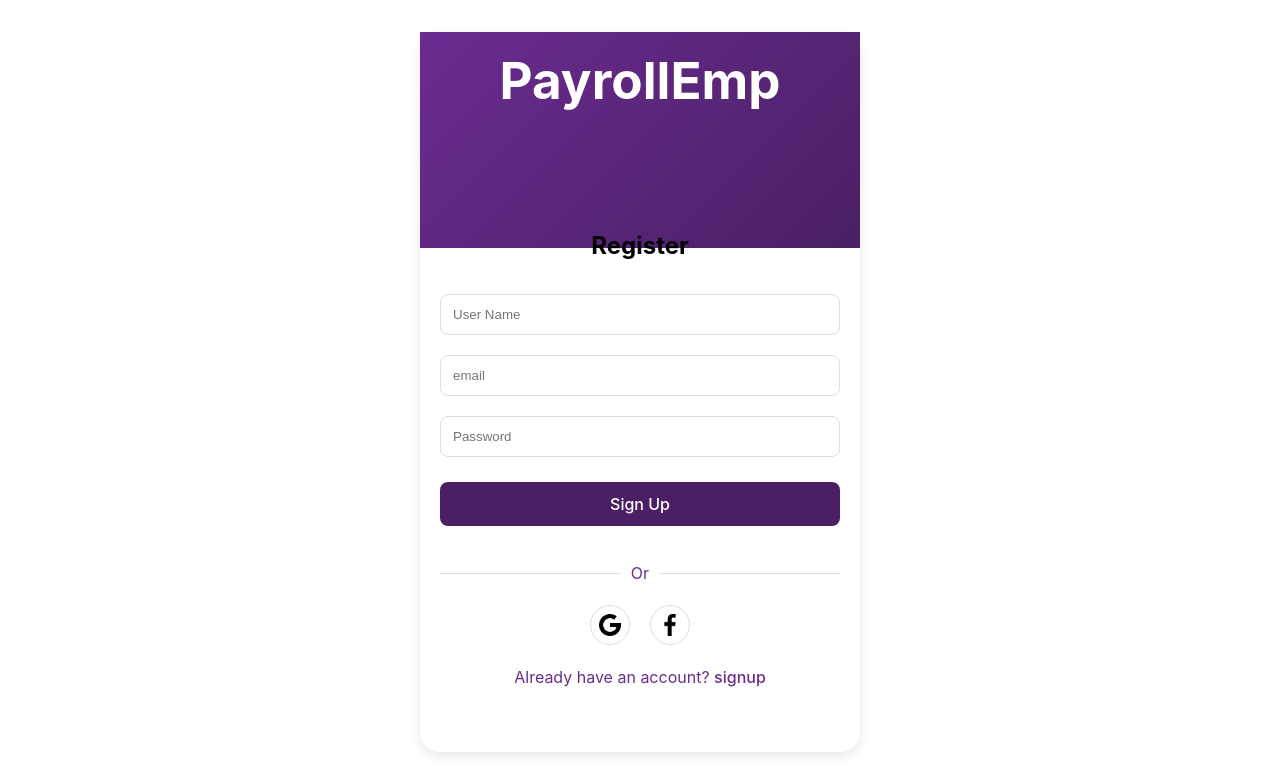
Repository: nino-pixel/payrolllatest
Page: /signup (app in web_vue/)
An editor plug-in stored every save of this project. The page is shown before and after a run of saves, followed by the edit.
The browser window is 1280 px wide. The pictures show the whole page.
The project was rebuilt for these pictures with package versions that can differ from the ones it lists, and the page was loaded fresh each time. Also part of the build but not shown: web_vue/vite.config.js, web_vue/src/components/login_page.vue.

Above is the page before, as saved 2024-12-18 19:41:16.

After the next 5 saves:
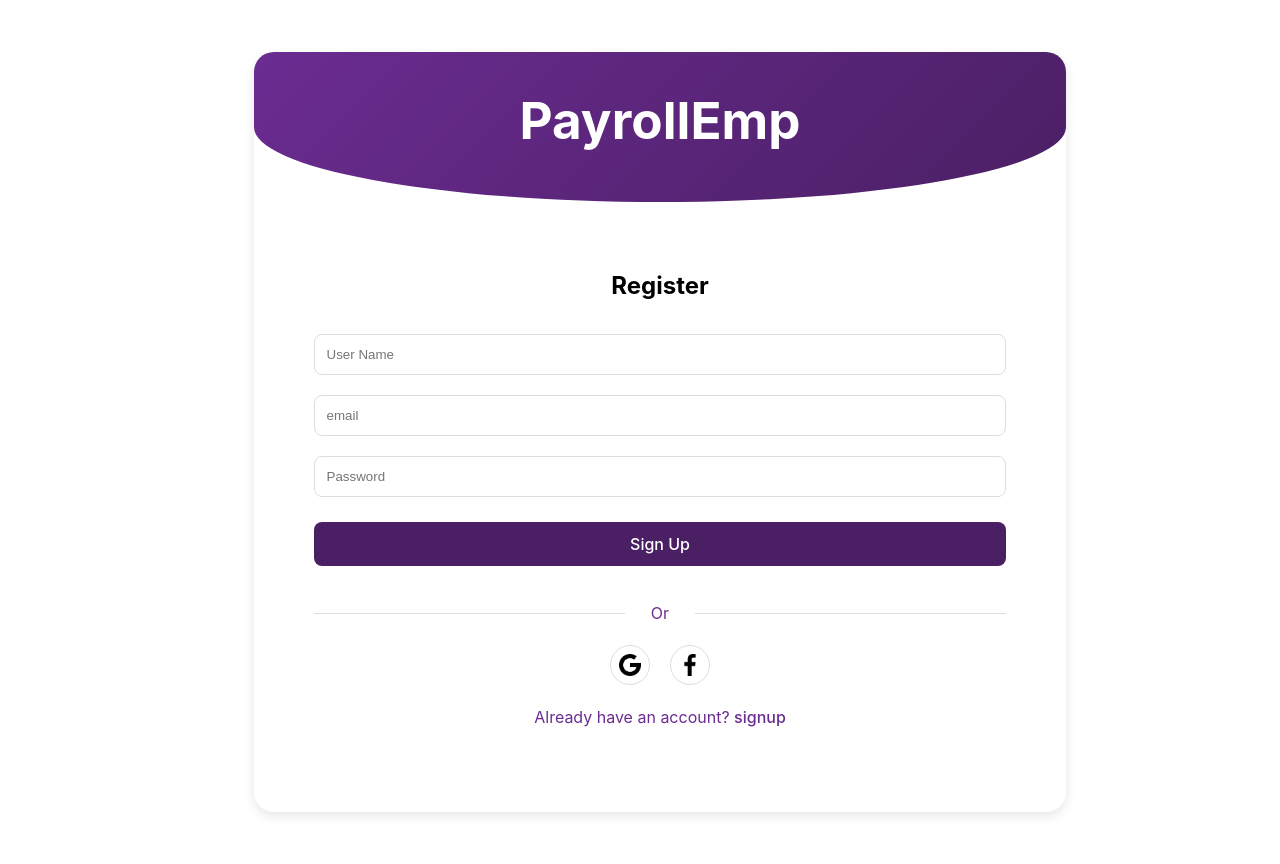
The 5 saves are shown as one change because they came seconds apart.
The last was saved 12 s later.
--- a/web_vue/src/components/sign_up.vue
+++ b/web_vue/src/components/sign_up.vue
@@ -98,6 +98,8 @@ body {
   width: 100%;
     position: relative;
     min-height: 100vh;  /* Changed from max-width to min-height */
+    margin: 20px auto;
+    padding: 20px;
     background: white;
     border-radius: 20px;
     box-shadow: 0 4px 12px rgba(0,0,0,0.1);
@@ -111,9 +113,9 @@ body {
     top: 0;
     left: 0;
     right: 0;
-    height: 30vh;       /* Changed to viewport height */
+    height: 150px;
     background: linear-gradient(135deg, #6b2c91, #4a1f64);
-    border-radius: 0;   /* Remove border radius for full width */
+    border-radius: 20px 20px 50% 50%;
 }
 
 h1 {
@@ -123,12 +125,8 @@ h1 {
 }
 
 .signup-form {
-   position: relative;
-    width: 100%;
-    max-width: 400px;   /* Keep form width contained */
     padding: 20px;
     margin-top: 60px;
-    z-index: 1;
 }
 
 input {
